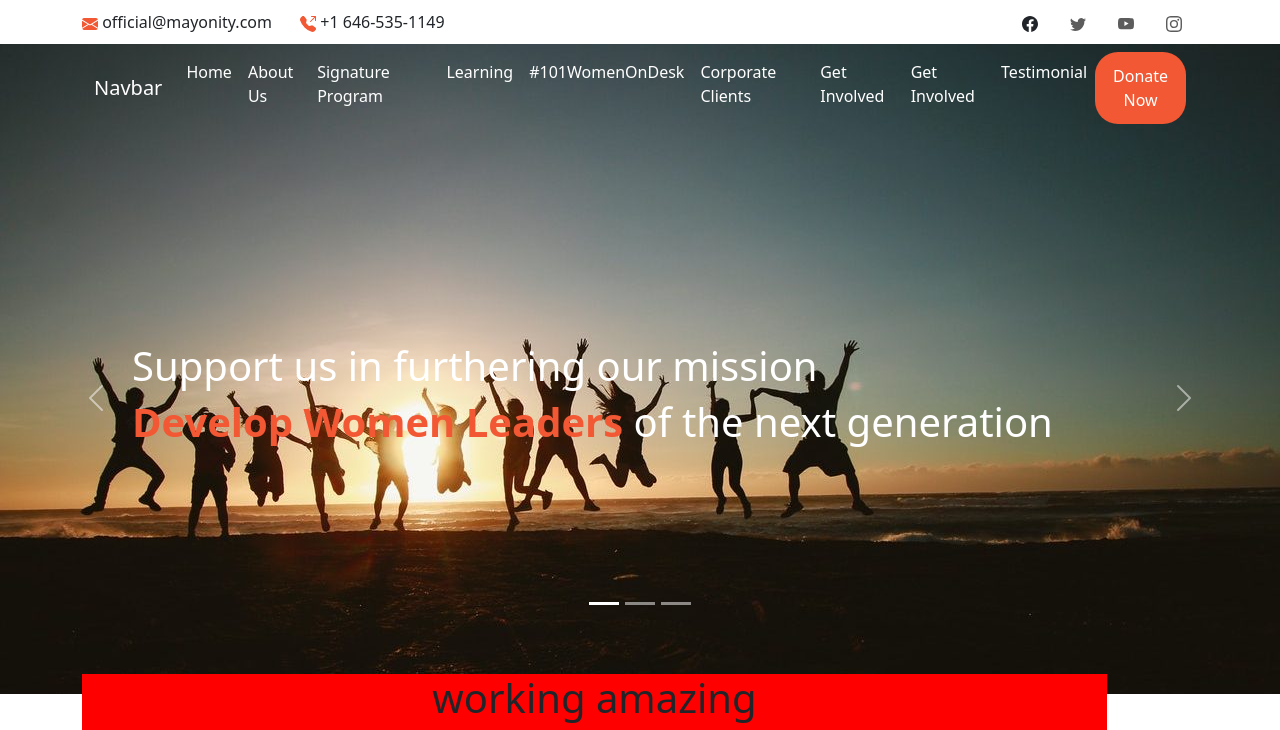
Repository: rizwan-zafar/wings
Page: /
An editor plug-in stored every save of this project. The page is shown before and after the next save, followed by the edit.
The browser window is 1280 px wide. The pictures show the whole page.
The project was rebuilt for these pictures with package versions that can differ from the ones it lists, and the page was loaded fresh each time.

Above is the page before, as saved 2022-11-27 11:14:47.

### public/index.html
<!DOCTYPE html>
<html lang="en">
  <head>
    <meta charset="utf-8" />
    <link rel="icon" href="%PUBLIC_URL%/favicon.ico" />
    <meta name="viewport" content="width=device-width, initial-scale=1" />
    <meta name="theme-color" content="#000000" />
    <meta
      name="description"
      content="Web site created using create-react-app"
    />
    <link rel="apple-touch-icon" href="%PUBLIC_URL%/logo192.png" />
    <!--
      manifest.json provides metadata used when your web app is installed on a
      user's mobile device or desktop. See https://developers.google.com/web/fundamentals/web-app-manifest/
    -->
    <link rel="manifest" href="%PUBLIC_URL%/manifest.json" />
    <!--
      Notice the use of %PUBLIC_URL% in the tags above.
      It will be replaced with the URL of the `public` folder during the build.
      Only files inside the `public` folder can be referenced from the HTML.

      Unlike "/favicon.ico" or "favicon.ico", "%PUBLIC_URL%/favicon.ico" will
      work correctly both with client-side routing and a non-root public URL.
      Learn how to configure a non-root public URL by running `npm run build`.
    -->
    <title>Wings</title>
  </head>
  <body>
    <noscript>You need to enable JavaScript to run this app.</noscript>
    <div id="root"></div>
    <!--
      This HTML file is a template.
      If you open it directly in the browser, you will see an empty page.

      You can add webfonts, meta tags, or analytics to this file.
      The build step will place the bundled scripts into the <body> tag.

      To begin the development, run `npm start` or `yarn start`.
      To create a production bundle, use `npm run build` or `yarn build`.
    -->
  </body>
</html>

### src/index.js
import React from 'react';
import ReactDOM from 'react-dom/client';
import './index.css';
import App from './App';
import "../node_modules/bootstrap/dist/css/bootstrap.min.css"
import "../node_modules/bootstrap/dist/js/bootstrap.min.js"

const root = ReactDOM.createRoot(document.getElementById('root'));
root.render(
  <React.StrictMode>
    <App />
  </React.StrictMode>
);

// If you want to start measuring performance in your app, pass a function
// to log results (for example: reportWebVitals(console.log))
// or send to an analytics endpoint. Learn more: https://bit.ly/CRA-vitals

### src/index.css
html {
  margin: 0;
  padding: 0;
  font-family: -apple-system, BlinkMacSystemFont, 'Segoe UI', 'Roboto', 'Oxygen',
    'Ubuntu', 'Cantarell', 'Fira Sans', 'Droid Sans', 'Helvetica Neue',
    sans-serif;
  -webkit-font-smoothing: antialiased;
  -moz-osx-font-smoothing: grayscale;
}
.icons{
  color:#f15833 ;
}
.social-icons{
  color:#000000a3
}

### src/App.js
import Home from "./Pages/Home"
function App() {
  return (

    <>
      <Home />
    </>

  );
}

export default App;

### src/Pages/Home.js
import React from 'react'
import TopNavbar from "../Components/Topnavbar"
// import Navbar from "../Components/Navbar"
import Slider from "../Components/Slider"
export default function Home() {
    return (
        <div>
            <TopNavbar />
            {/* <Navbar /> */}
            <Slider />
        </div>
    )
}

### src/Components/Topnavbar.js
import React from 'react'
import "../Css/Topnav.css"
import { EnvelopeFill, TelephoneOutboundFill, Twitter, Youtube, Instagram, Facebook } from "react-bootstrap-icons"
export default function Topnavbar() {
    return (
        <div className="top-bar container d-flex justify-content-between">
            <div>
                <span> <EnvelopeFill className="icons" /> official@mayonity.com</span>
                <span className="set-padding p-4"> <TelephoneOutboundFill className="icons ml-3" /> +1 646-535-1149</span>
            </div>
            <div>
                <span className="p-3 social-icons-"><Facebook /></span>
                <span className="p-3 social-icons"><Twitter /></span>
                <span className="p-3 social-icons"><Youtube /></span>
                <span className="p-3 social-icons"><Instagram /></span>
            </div>
        </div>
    )
}

### src/Components/Slider.js
import React from 'react'
import "../Css/Slider.css"
import Navbar from "../Components/Navbar"
export default function Slider() {
    return (
        <>
            <div className="set-slider">
                <Navbar />
                <div id="carouselExampleCaptions" className=" carousel slide" data-bs-ride="false">
                    <div className="carousel-indicators">
                        <button type="button" data-bs-target="#carouselExampleCaptions" data-bs-slide-to="0" className="active" aria-current="true" aria-label="Slide 1"></button>
                        <button type="button" data-bs-target="#carouselExampleCaptions" data-bs-slide-to="1" aria-label="Slide 2"></button>
                        <button type="button" data-bs-target="#carouselExampleCaptions" data-bs-slide-to="2" aria-label="Slide 3"></button>
                    </div>
                    <div className="carousel-inner container">
                        <div className="carousel-item active">
                            <div>
                                <h1>Support us in furthering our mission</h1>
                                <h1><strong>Develop Women Leaders</strong> of the next generation</h1>
                            </div>
                        </div>
                    </div>
                    <div>
                        <button className="carousel-control-prev" type="button" data-bs-target="#carouselExampleCaptions" data-bs-slide="prev">
                            <span className="carousel-control-prev-icon" aria-hidden="true"></span>
                            <span className="visually-hidden">Previous</span>
                        </button>
                        <button className="carousel-control-next" type="button" data-bs-target="#carouselExampleCaptions" data-bs-slide="next">
                            <span className="carousel-control-next-icon" aria-hidden="true"></span>
                            <span className="visually-hidden">Next</span>
                        </button>
                    </div>
                </div>
            </div>

            <div className="container text-center slider-footer">
                <div className="container">
                    <h1>working amazing</h1>
                </div>
            </div>
        </>
    )
}

### src/Css/Topnav.css
.top-bar{
background-color: #fff;
padding: 10px;
}
.nav-container .btn
{
    background: #f15833;
    border-radius: 23px;
    color: white;
    padding: 11px;
    font-weight: 500;
}
 .nav-container nav ul li a
{
    color:  white;
}

### src/Css/Slider.css
.set-slider {
    background-image: url("/public/Images/header.jpg");
    background-size: cover;
    background-repeat: no-repeat;
    height: 650px;
}

.set-slider .carousel-indicators {
    top: 300px
}

.set-slider .carousel-inner {
    margin-top: 160px;
    color: white
}

.set-slider .carousel-inner .carousel-item>div {

    padding: 50px;
}

.set-slider .carousel-inner h1 {

    font-weight: 400;
}

.set-slider .carousel-inner h1 strong {
    color: #f15833
}

.slider-footer>div {
    background: red;
    max-width: 1025px;
    position: absolute;
    margin-top: -20px;
}


@media (max-width: 991px) {

    .pricing .custom-container h4 {
        font-size: 25px;
        text-transform: uppercase;
    }

    .pricing .row>div {
        padding-bottom: 12px;
    }
}

### src/Components/Navbar.js
import React from 'react'

export default function Navbar() {
    return (
        <div className="nav-container container">
        <nav className="navbar navbar-expand-lg navbar-dark">
  <div className="container-fluid">
    <a className="navbar-brand" href="/">Navbar</a>
    <button className="navbar-toggler" type="button" data-bs-toggle="collapse" data-bs-target="#navbarNav" aria-controls="navbarNav" aria-expanded="false" aria-label="Toggle navigation">
      <span className="navbar-toggler-icon"></span>
    </button>
    <div className="collapse navbar-collapse" id="navbarNav">
      <ul className="navbar-nav ms-auto">
        <li className="nav-item">
          <a className="nav-link active" aria-current="page" href="/">Home</a>
        </li>
        <li className="nav-item">
          <a className="nav-link" href="/">About Us</a>
        </li>
        <li className="nav-item">
          <a className="nav-link" href="/">Signature Program</a>
        </li>
        <li className="nav-item">
          <a className="nav-link" href="/">Learning</a>
        </li>
        <li className="nav-item">
          <a className="nav-link" href="/">#101WomenOnDesk</a>
        </li>
        <li className="nav-item">
          <a className="nav-link" href="/">Corporate Clients</a>
        </li>
        <li className="nav-item">
          <a className="nav-link" href="/">Get Involved</a>
        </li>
        <li className="nav-item">
          <a className="nav-link" href="/">Get Involved</a>
        </li>
        <li className="nav-item">
          <a className="nav-link" href="/">Testimonial</a>
        </li>
        <li className="nav-item">
          <a className="nav-link btn " href="/">Donate Now</a>
        </li>

      </ul>
    </div>
  </div>
</nav>
        </div>
    )
}

After the next save:
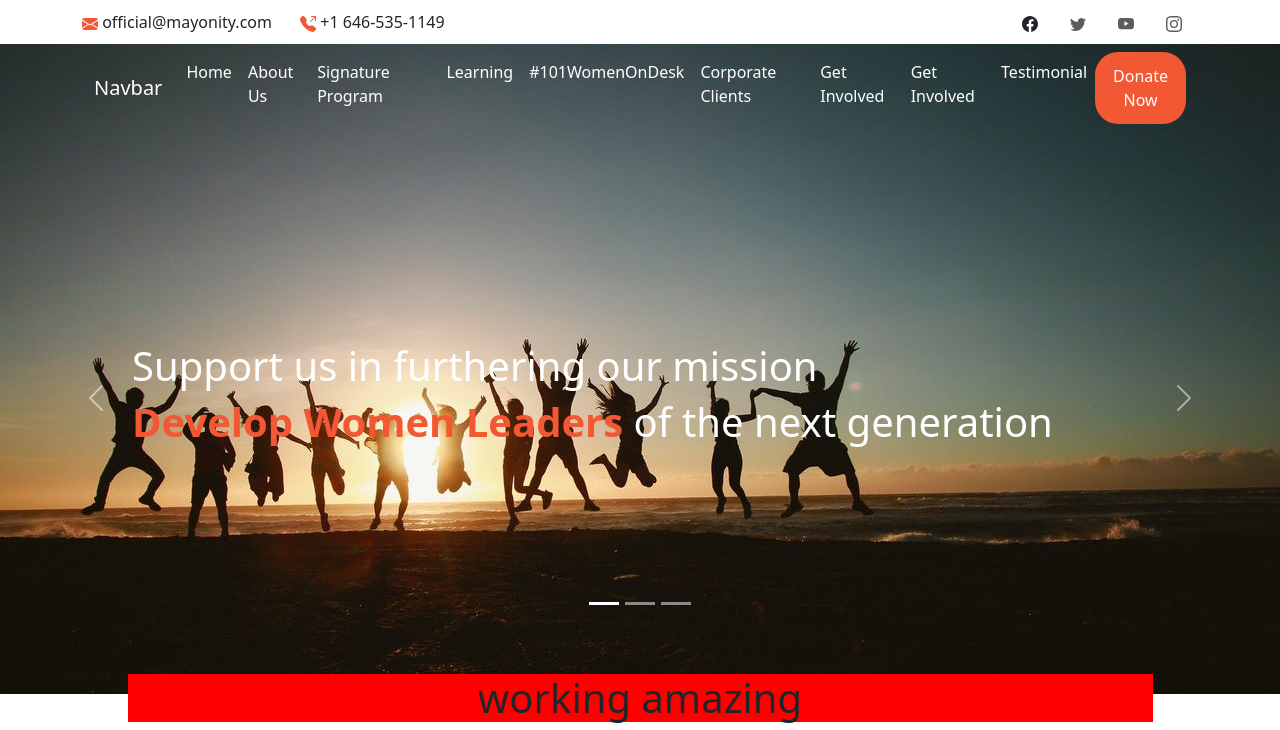
Saved 114 s later.
--- a/src/Css/Slider.css
+++ b/src/Css/Slider.css
@@ -31,8 +31,7 @@
 .slider-footer>div {
     background: red;
     max-width: 1025px;
-    position: absolute;
-    margin-top: -20px;
+     margin-top: -20px;
 }
 
 
